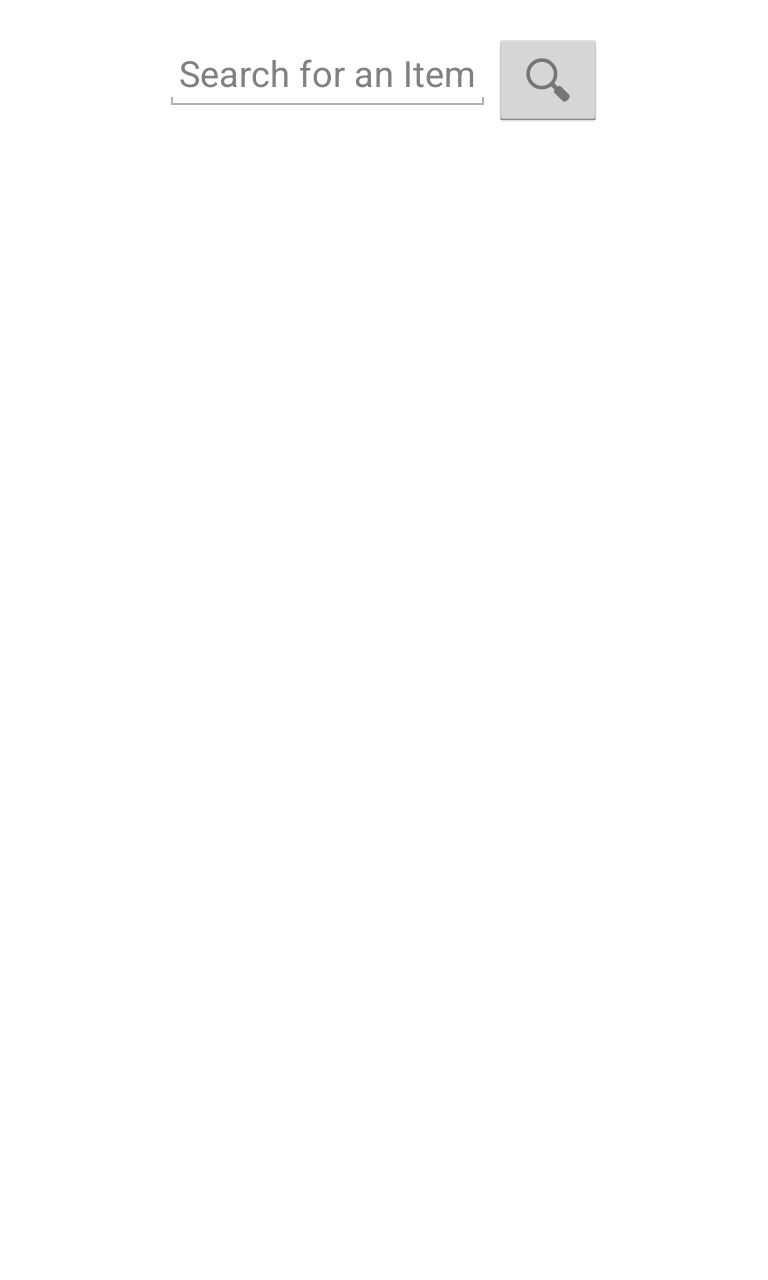
Repository: JieD/nutriy
Layout: NutriY/res/layout/fragment_add.xml
The author's editor kept a copy of each file at every save. The layout is drawn from the files as they stood at one save, then again after the next save.
It is drawn on a 768 x 1280 px phone screen (xhdpi) without system bars, with theme AppTheme; the app's code is not run.

Above is the layout before, as saved 2014-05-15 21:34:31.

### NutriY/res/layout/fragment_add.xml
<?xml version="1.0" encoding="utf-8"?>
<LinearLayout xmlns:android="http://schemas.android.com/apk/res/android"
    android:layout_width="match_parent"
    android:layout_height="match_parent"
    android:orientation="vertical" >

    <LinearLayout
        android:layout_width="wrap_content"
        android:layout_height="wrap_content"
        android:layout_marginTop="@dimen/activity_vertical_margin"
        android:layout_marginBottom="@dimen/small_vertical_margin"
        android:layout_gravity="center_horizontal">

        <EditText
            android:id="@+id/search_item"
            android:layout_width="wrap_content"
            android:layout_height="wrap_content"
            android:layout_weight="3"
            android:hint="@string/item_hint"
            android:inputType="textAutoCorrect"
            android:padding="@dimen/medium_padding" />

        <ImageButton
            android:layout_width="wrap_content"
            android:layout_height="wrap_content"
            android:layout_gravity="center"
            android:layout_weight="1"
            android:src="@drawable/ic_action_search" />

    </LinearLayout>

</LinearLayout>

### NutriY/res/values/colors.xml
<?xml version="1.0" encoding="utf-8"?>
<resources>
    <color name="white">#FFFFFFFF</color>
    <color name="my_green">#FF00BE00</color>
    <color name="my_red">#FFFF0000</color>
    <color name="my_blue">#FF0078BE</color>

    <color name="light_blue">#FFE1EEFF</color>
    <color name="low_light_gray">#FFFAFAFA</color>
    <color name="mid_light_gray">#FFEEEEEE</color>
    <color name="text_gray">#FFAAAAAA</color>

    <color name="empty_pie_blue">#FF8FCEFF</color>
    <color name="pie_blue">#FF0078BE</color>
    <color name="pie_red">#FFFF4444</color>
    <color name="pie_green">#FF99CC00</color>

    <color name="list_background">#FFEEEEEE</color>
    <color name="list_background_pressed">#FF0078BE</color>
</resources>

### NutriY/res/values/dimens.xml
<resources>

    <!-- Default screen margins, per the Android Design guidelines. -->
    <dimen name="activity_horizontal_margin">16dp</dimen>
    <dimen name="activity_vertical_margin">16dp</dimen>
    <dimen name="small_horizontal_margin">8dp</dimen>
    <dimen name="small_vertical_margin">8dp</dimen>

    <dimen name="small_padding">5dp</dimen>
    <dimen name="medium_padding">8dp</dimen>
    <dimen name="large_padding">10dp</dimen>
    <dimen name="extra_large_padding">12dp</dimen>
    <dimen name="navigation_item_padding">20dp</dimen>

    <dimen name="extra_small_text_size">10sp</dimen>
    <dimen name="small_text_size">12sp</dimen>
    <dimen name="medium_text_size">15sp</dimen>
    <dimen name="medium_large_text_size">18sp</dimen>
    <dimen name="large_text_size">20sp</dimen>
    <dimen name="extra_large_text_size">40sp</dimen>

    <dimen name="large_entry_height">50dp</dimen>
    <dimen name="medium_large_entry_height">35dp</dimen>
    <dimen name="medium_entry_height">30dp</dimen>
    <dimen name="small_entry_height">25dp</dimen>
    <dimen name="table_entry_height">20dp</dimen>

</resources>

### NutriY/res/values/strings.xml
<?xml version="1.0" encoding="utf-8"?>
<resources>

    <string name="app_name">NutriY</string>
    <string name="action_settings">Settings</string>

    <string name="date">Today</string>
    <string name="calories_remaining_number">1200</string>
    <string name="calories_remaining">CALORIES REMAINING</string>
    <string name="add_to_diary">Add to Diary</string>
    <string name="goal_calorie_number">1200</string>
    <string name="food_calorie_number">+ 0</string>
    <string name="exercise_calorie_number">- 0</string>
    <string name="net_calorie_number">0</string>
    <string name="uc_goal">GOAL</string>
    <string name="uc_food">FOOD</string>
    <string name="uc_exercise">EXERCISE</string>
    <string name="uc_net">NET</string>
    <string name="goal">Goal</string>
    <string name="total">Total</string>
    <string name="left">Left</string>
    <string name="daily_summary">DAILY SUMMARY</string>
    <string name="total_fat">Total Fat (g)</string>
    <string name="saturated_fat">Saturated (g)</string>
    <string name="trans_fat">Trans (g)</string>
    <string name="cholesterol">Cholesterol (mg)</string>
    <string name="sodium">Sodium (mg)</string>
    <string name="potassium">Potassium (mg)</string>
    <string name="total_carbs">Total Carbs (g)</string>
    <string name="fiber">Dietary Fiber (g)</string>
    <string name="sugar">Sugars (g)</string>
    <string name="protein">Protein (g)</string>
    <string name="vit_A">Vitamin A</string>
    <string name="vit_C">Vitamin C</string>
    <string name="calcium">Calcium</string>
    <string name="iron">Iron</string>
    <string name="default_number">0</string>

    <string name="meals">MEALS</string>
    <string name="water_upcase">WATER</string>
    <string name="notes">NOTES</string>
    <string name="breakfast">Breakfast</string>
    <string name="lunch">Lunch</string>
    <string name="dinner">Dinner</string>
    <string name="snacks">Snacks</string>
    <string name="cardiovascular">Cardiovascular</string>
    <string name="strength">Strength</string>
    <string name="water">Water</string>
    <string name="food_notes">Food Notes</string>
    <string name="exercise_notes">Exercise Notes</string>

    <!-- Add Entry List Headers -->
    <string-array name="add_entry_list_header_array">
        <item>MEALS</item>
        <item>EXERCISE</item>
        <item>WATER</item>
        <item>NOTES</item>
    </string-array>

    <!-- Add Entry List Meal Items -->
    <string-array name="meal_child_array">
        <item>Breakfast</item>
	    <item>Lunch</item>
	    <item>Dinner</item>
	    <item>Snacks</item>
    </string-array>

    <!-- Add Entry List Exercise Items -->
    <string-array name="exercise_child_array">
        <item>Cardiovascular</item>
	    <item>Strength</item>
    </string-array>

    <!-- Add Entry List Water Items -->
    <string-array name="water_child_array">
        <item>Water</item>
    </string-array>

    <!-- Add Entry List Note Items -->
    <string-array name="note_child_array">
        <item>Food Notes</item>
	    <item>Exercise Notes</item>
    </string-array>

    <!-- Nav Drawer Menu Items -->
    <string-array name="navigations_array">
        <item>Home</item>
        <item>Diary</item>
        <item>Nutrition</item>
        <item>Progress</item>
        <item>Goals</item>
        <item>Settings</item>
    </string-array>

    <!-- Nav Drawer List Item Icons -->
    <!-- Keep them in order as the titles are -->
    <array name="nav_drawer_icons">
        <item>@drawable/ic_menu_home</item>
        <item>@drawable/ic_action_collection</item>
        <item>@drawable/ic_action_data_usage</item>
        <item>@drawable/ic_action_picture</item>
        <item>@drawable/ic_action_good</item>
        <item>@drawable/ic_action_settings</item>
    </array>

    <!-- Content Description -->
    <string name="desc_list_item_icon">Item Icon</string>

    <string name="drawer_open">Slider Menu Opened</string>
    <string name="drawer_close">Slider Menu Closed</string>

    <string name="calorie_breakdown">CALORIE BREAKDOWN</string>
    <string name="Carbohydrates">Carbohydrates</string>
    <string name="Fat">Fat</string>
    <string name="Protein">Protein</string>
    <string name="carbs_goal">50 %</string>
    <string name="fat_goal">30 %</string>
    <string name="protein_goal">20 %</string>

	<string name="item_hint">Search for an Item</string>
</resources>

Loaded but not shown: NutriY/res/values/styles.xml (common file); NutriY/res/values-v11/styles.xml (common file); NutriY/res/values-v14/styles.xml (common file)

After the next save:
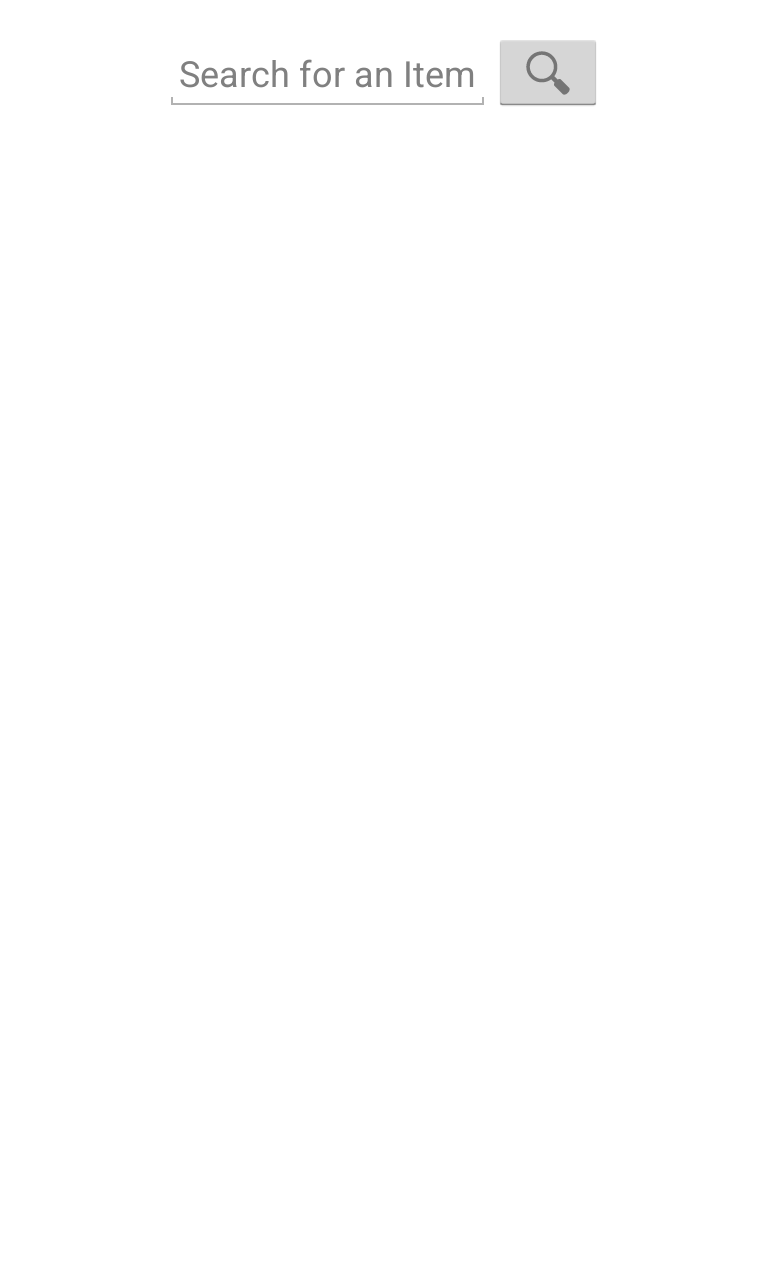
Saved 26 s later.
--- a/NutriY/res/layout/fragment_add.xml
+++ b/NutriY/res/layout/fragment_add.xml
@@ -22,7 +22,7 @@
 
         <ImageButton
             android:layout_width="wrap_content"
-            android:layout_height="wrap_content"
+            android:layout_height="match_parent"
             android:layout_gravity="center"
             android:layout_weight="1"
             android:src="@drawable/ic_action_search" />
